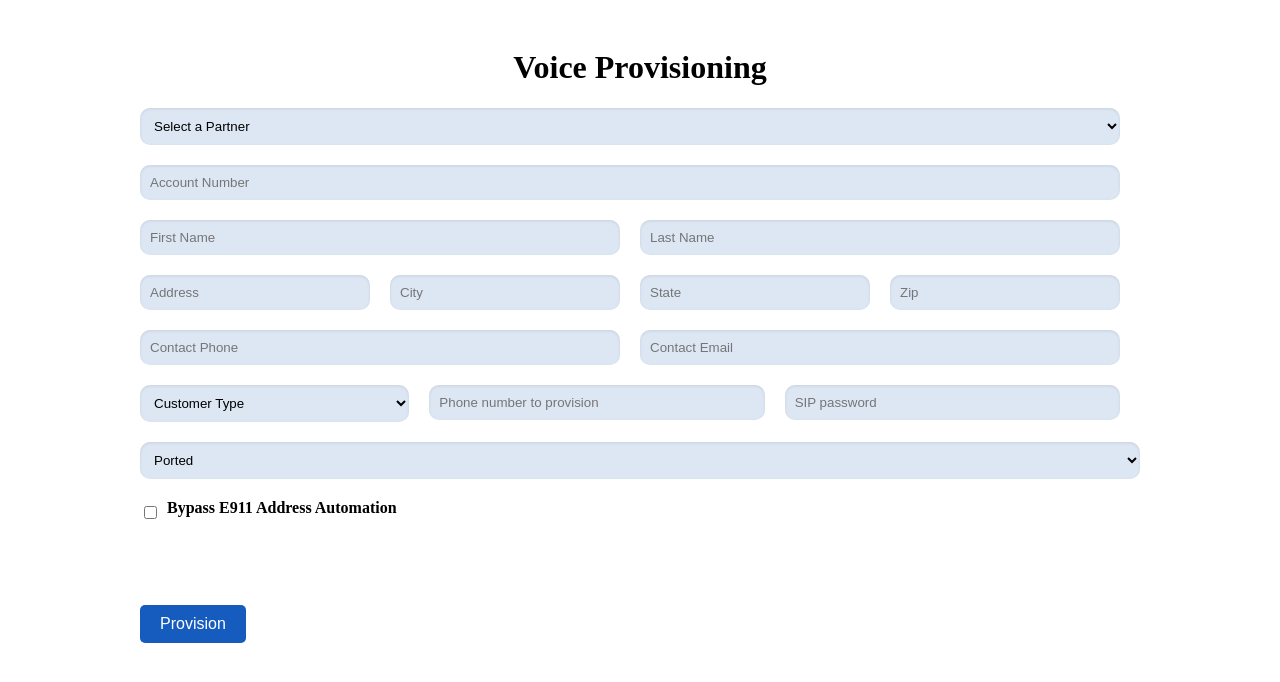
Repository: smallchungus/logiccom
Page: /
The author's editor kept a copy of each file at every save. The page is drawn from the files as they stood at one save, then again after a run of saves.
The browser window is 1280 px wide. The pictures show the whole page.
The project was rebuilt for these pictures with package versions that can differ from the ones it lists, and the page was loaded fresh each time. Also part of the build but not shown: vite.config.ts.

Above is the page before, as saved 2023-05-04 12:30:38.

### src/App.vue
<style src="./styles.css"></style>


<template>


<form>
  <header>
    <h1>Voice Provisioning</h1>
  </header>
      <div class="form-group">
        <!-- <label for="partner">Select a partner:</label> -->
        <select id="partner" name="partner" placeholder="Select a Partner">
          <option value="Sprout">Select a Partner</option>
          <option value="option2">Option 2</option>
        </select>
      </div>

      <div class="form-group">
        <input type="text" id="accountNum" name="accountNum" placeholder="Account Number">
      </div>

    <div class="form-row">
      <div class="form-group">
        <input type="text" id="firstName" name="firstName" placeholder="First Name" class="inline">
      </div>

      <div class="form-group">
        <input type="text" id="lastName" name="lastName" placeholder="Last Name" class="inline">
      </div>
    </div>

    <div class="form-row">
      <div class="form-group">
        <input type="text" id="address" name="address" placeholder="Address">
      </div>

      <div class="form-group">
        <input type="text" id="city" name="city" placeholder="City">
      </div>

      <div class="form-group">
        <input type="text" id="state" name="state" placeholder="State">
      </div>

      <div class="form-group">
        <input type="text" id="zip" name="zip" placeholder="Zip">
      </div>
    </div>

    <div class="form-row">
      <div class="form-group">
        <input type="text" id="contactPhone" name="contactPhone" placeholder="Contact Phone">
      </div>

      <div class="form-group">
        <input type="text" id="contactEmail" name="contactEmail" placeholder="Contact Email">
      </div>
    </div>

    <div class="form-row">
      <div class="form-group">
        <!-- <label for="customerType">Customer Type:</label> -->
        <select id="customerType" name="customerType">
          <option value="Sprout">Customer Type</option>
          <option value="option2">Option 2</option>
        </select>
      </div>

      <div class="form-group">
        <input type="text" id="phoneToProv" name="phoneToProv" placeholder="Phone number to provision">
      </div>

      <div class="form-group">
        <input type="password" id="sipPassword" name="sipPassword" placeholder="SIP password">
      </div>
    </div>

    <!-- <label for="ported">Ported</label> -->
     <select id="ported" name="ported">
      <option value="">Ported</option>
      <option value="option2">Option 2</option>
    </select>


<div class="checkbox-wrapper">
  <input type="checkbox">
  <label for="e911">Bypass E911 Address Automation</label>
</div>

<div class="warning-box">
  By checking, "Bypass E911 Address Automation" you agree to manually add this phone number and address to bandwidth
</div>
    <button type="submit" class="button-primary">Provision</button>
  </form>
</template>

### src/styles.css
header {
    text-align: center;
    margin: 0 auto;
  }

  body {
    text-align: center;
  }

  form {
    /* background-color: #f7f7f7; */
    border-radius: 5px;
    padding: 20px;
    margin: 0 auto;
    max-width: 1000px;
  }

  .form-row {
    display: flex;
    flex-wrap: wrap;
  }

  .form-row .form-group {
    /* width: calc(50% - 10px); */
    margin-right: 20px;
  }


  label {
    display: block;
    font-weight: bold;
    margin-bottom: 10px;
  }

  input[type="text"],
  input[type="password"],
  select {
    box-sizing: border-box; /* add this line */
    background-color: #dde7f4;
    width: 100%;
    padding: 10px;
    border: none;
    border-radius: 10px;
    margin-bottom: 20px;
    box-shadow: inset 0px 1px 3px rgba(0, 0, 0, 0.1);
  }

  input[type="text"].inline {
    display: inline-block;
    /* width: calc(50% - 10px); */
    margin-right: 20px;
  }

  .form-group {
    flex-grow: 1;
    margin-right: 20px;
  }

  .checkbox-wrapper {
    display: flex;
    align-items: center;
    margin-bottom: 20px;
  }

  .checkbox-wrapper input[type="checkbox"] {
    margin-right: 10px;
  }

  .warning-box {

    color: white;
    padding: 10px;
    margin-bottom: 20px;
    text-align: center;
  }

  button[type="submit"] {
    background-color: #165cbe;
    color: #fff;
    border: none;
    border-radius: 5px;
    padding: 10px 20px;
    font-size: 16px;
    cursor: pointer;
    display: flex;
    justify-content: flex-end;

  }

  @media (min-width: 1024px) {
    header {
      display: flex;
      justify-content: center;
      align-items: center;
    }
  }

Loaded but not shown: index.html (common file); src/main.ts (common file)

After the next 2 saves:
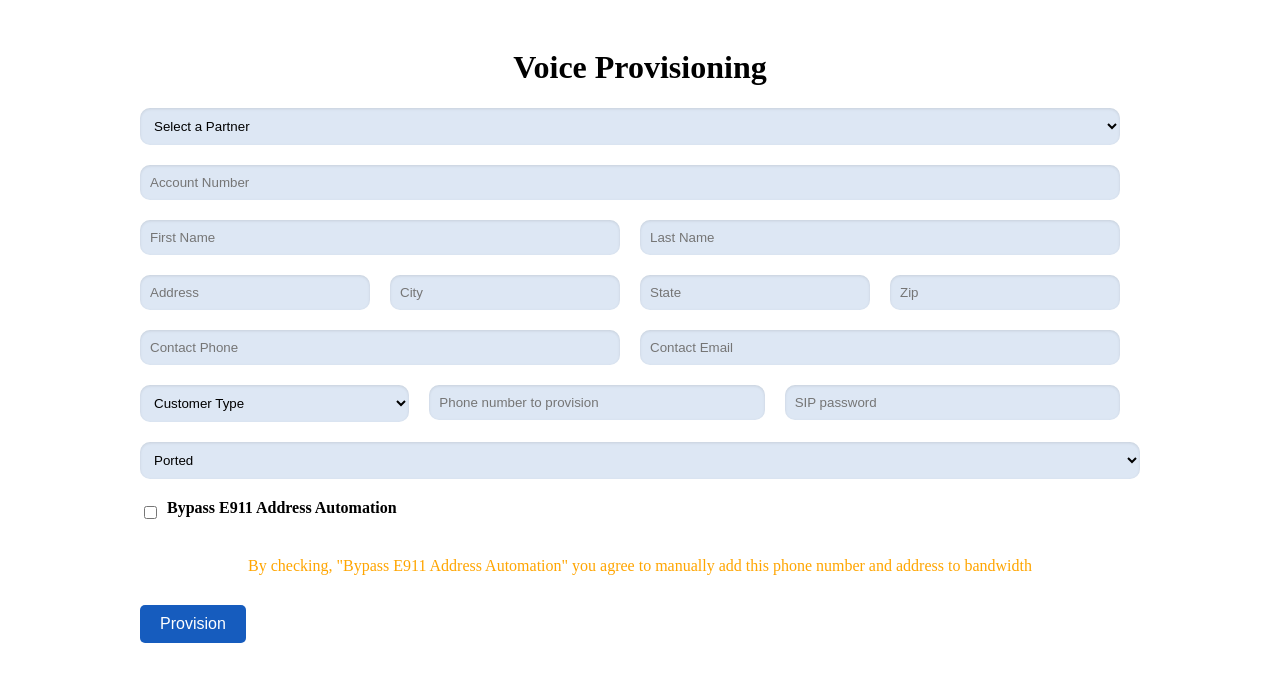
The 2 saves are shown as one change because they came seconds apart.
The last was saved 7 s later.
--- a/src/styles.css
+++ b/src/styles.css
@@ -68,7 +68,7 @@ header {
 
   .warning-box {
 
-    color: white;
+    color: orange;
     padding: 10px;
     margin-bottom: 20px;
     text-align: center;
